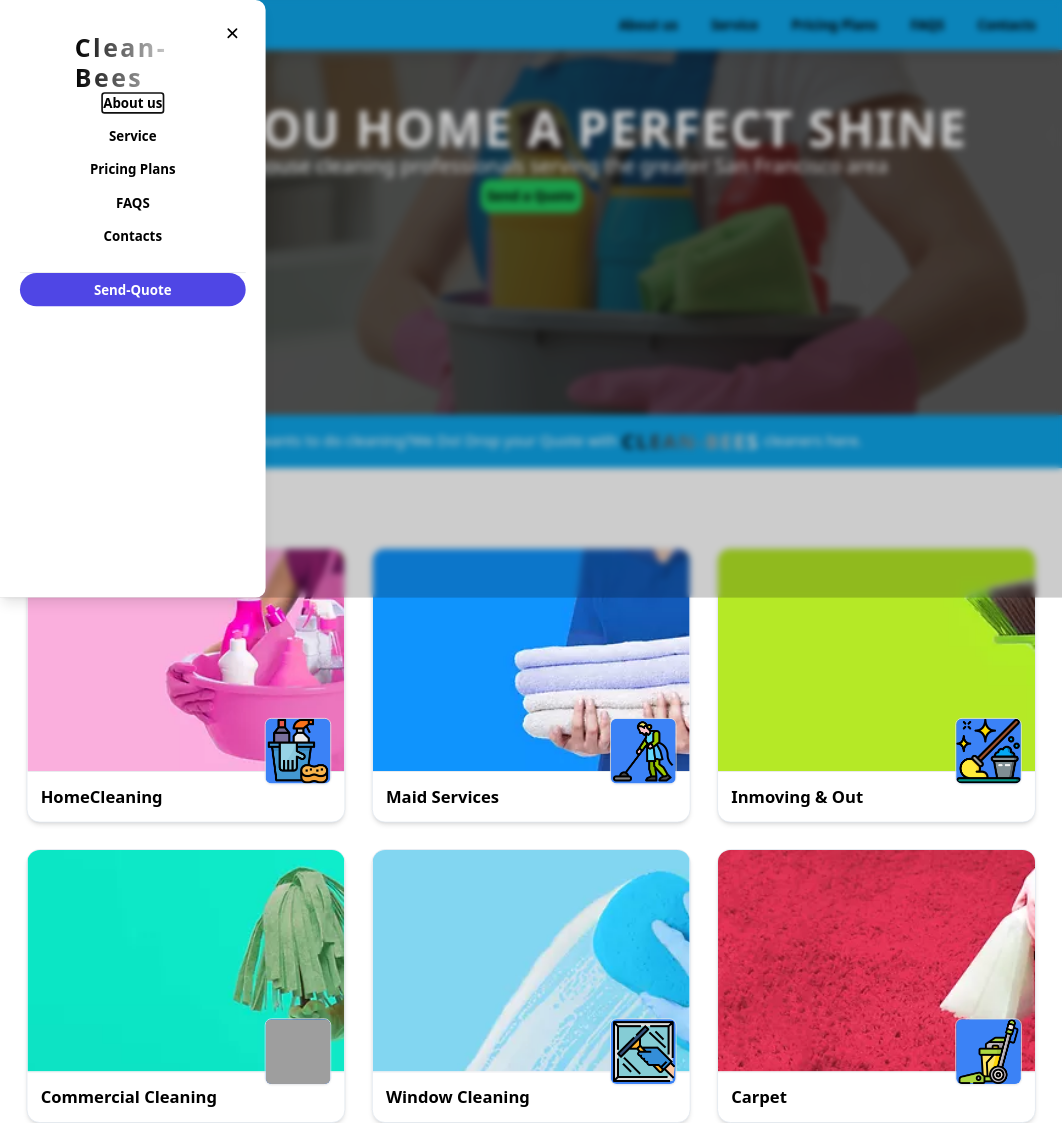
Repository: remydev47/cleanbees
Page: /
The author's editor kept a copy of each file at every save. The page is drawn from the files as they stood at one save, then again after the next save.
The browser window is 1280 px wide. The pictures show the whole page, at 83% of full size.
Pictures or frames that could not be fetched are drawn as grey boxes. The project was rebuilt for these pictures with package versions that can differ from the ones it lists, and the page was loaded fresh each time. The framework's server and built-in components were replaced by stand-ins that run in the browser. Also part of the build but not shown: next.config.js.

Above is the page before, as saved 2022-09-16 14:48:29.

### pages/_app.tsx
import '../styles/globals.css'
import type { AppProps } from 'next/app'
import { Header } from '../components/Header'


function MyApp({ Component, pageProps }: AppProps) {
  return (
    <>
      <Header />
      <Component {...pageProps} />
    </>

    )
}

export default MyApp

### pages/index.tsx
import type { NextPage } from 'next'
import Head from 'next/head'
import Image from 'next/image'
import Hero from '../components/Hero'
import Services from '../components/Services'

const Home: NextPage = () => {
  return (
    <div className="">
      <Head>
        <title>CleanBees</title>
        <link rel="icon" href="/favicon.ico" />
      </Head>
      <Hero />
     <main className='mx-auto max-w-screen-xl px-6 sm:px-8'>
      <div className='mt-16 space-y-20'>
        <Services />

      </div>
     </main>
    </div>
  )
}

export default Home

### components/Header.tsx
import { navLinks } from "../constants"
import { MenuPopOver } from "./MenuPopover"
import Logo from "./Logo"
import Image from "next/image"
import { title } from "process"

export const Header = () => {
    return(
        <>
          <header className={styles.container}>
           <div className='flex grow-0 basis-1/3 md:hidden'>
             <MenuPopOver />
          </div>
          <div className='flex grow-0 basis-1/3 justify-center md:justify-start'>
            <Logo />
           </div>
           <ul className="list-none sm:flex hidden justify-end items-center flex-1">
            {navLinks.map((nav, index) => (
                <li
                key={nav.id}
                className={`font-poppins font-extrabold cursor-pointer text-[16px]
                  ${index === navLinks.length - 1 ? 'mr-0' : 'mr-10'}
                 text-black `}
                >
                    <a>{nav.title}</a>
                </li>
            ))}
           </ul>

          </header>
        </>
    )
}

const styles ={
    container:`sticky bg-[#0ea5e9] inset-x-0 top-0 z-20 flex items-center justify-between py-2 px-2 shadow-lg dark:bg-slate-900 sm:py-3 sm:px-8`
}

### components/Hero.tsx
import React from 'react'
import Image from 'next/image'


const Hero = () => {
  return (
    <>
      <section className='relative h-[640px] w-full  bg-blue-500 sm:h-[55vh] md:h-[440px]'>
        <Image
          src="/img/pixel-cleaner2.jpg"
          layout='fill'
          objectFit='cover'
        />
        <div className="absolute inset-0 bg-neutral-900/70">
        <div className='mx-4 mt-16 flex flex-col items-center text-center '>
                <h1 className={styles.innerbanner}>
                    Give you Home a Perfect Shine
                </h1>
                <span className='text-xl text-white sm:text-2xl'>
                    Reliable house cleaning professionals serving the greater San Francisco area
                </span>
                <button className='bg-green-500 text-black font-semibold p-2 rounded-xl'>
                    Send a Quote
                </button>
              </div>
        </div>
      </section>
      <HeroBottomCard />
    </>
  )
}

function HeroBottomCard() {
    return (
      <div className="bg-[#0ea5e9] p-4">
        <span className="block text-center text-lg text-white">
          Nobody wants to do cleaning?We Do! Drop your  Quote with{" "}
          <span className="bg-gradient-to-r from-black to-[#fff] bg-clip-text align-middle text-2xl font-black tracking-widest text-transparent">
            CLEAN-BEES
          </span>{" "}
          cleaners here.
        </span>
      </div>
    );
  }

export default Hero;
const styles ={

    innerbanner:`text-3xl font-extrabold uppercase tracking-wide text-white sm:text-4xl md:text-5xl lg:text-6xl`,
}

### components/Services.tsx
import React from 'react';
import Image from 'next/image'
import Link from 'next/link';

const serviceItems =[
    {
        name:"HomeCleaning",
        description:"",
        image:'/img/cleaning3.webp',
        logo:"/img/homecleaning.png"
    },
    {
        name:"Maid Services",
        description:"",
        image:'/img/maid2.webp',
        logo:"/img/maid.png"
    },
    {
        name:"Inmoving & Out",
        description:"",
        image:'/img/moving.webp',
        logo:"/img/inmoving.png"
    },
    {
        name:"Commercial Cleaning",
        description:"",
        image:'/img/cleaning5.webp',
        logo:"/img/officecleaning.png"
    },
    {
        name:"Window Cleaning",
        description:"",
        image:'/img/cleaning4.webp',
        logo:"/img/window.png"
    },
    {
        name:"Carpet",
        description:"",
        image:'/img/carpet2.webp',
        logo:"/img/carpet.png"
    },
]

const Services = () => {
  return (
    <section id='service-items'>
        <div>
            <h2 className="text-2xl font-semibold"> Our Services </h2>
        </div>

        <div id="top-companies__items" className="grid grid-cols-1 gap-8 sm:grid-cols-2 lg:grid-cols-3">
              {serviceItems.map((item, i) => (
                 <Link href="/#" key={i}>
                  <a className="group block overflow-hidden rounded-2xl border border-slate-200 bg-white shadow-md transition-all duration-150 hover:-translate-y-1 hover:shadow-lg dark:border-slate-800 dark:bg-slate-700">
                    <div className="relative block overflow-hidden  pt-[70%]">
                     <Image
                       src={item.image}
                       alt={item.name}
                       layout="fill"
                       objectFit="cover"
                       className="transition-all duration-200 group-hover:scale-[102%]"
                      />
                    </div>
                    <div className="relative flex flex-col border-t p-4 dark:border-slate-600">
                <span className="absolute right-4 -top-[65px] block h-[80px] w-[80px] overflow-hidden rounded-lg border shadow-sm dark:border-slate-600">
                  <div className="relative block overflow-hidden  bg-blue-500 pt-[100%]">
                    <Image
                      src={item.logo}
                      alt={item.name}
                      layout="fill"
                      objectFit="cover"
                    />
                  </div>
                </span>

                <h5 className="block truncate text-xl font-semibold capitalize">
                  {item.name}
                </h5>
                <span className="block truncate text-slate-500 dark:text-slate-400">
                  {item.description}
                </span>
              </div>
                 </a>
                 </Link>
              ))}
            </div>

    </section>
  )
}

export default Services

### constants/index.ts

export const navLinks =[
    {
     id:"aboutus",
     title:"About us"
    },
    {
        id:"services",
        title:"Service"
    },
    {
        id:"pricingplans",
        title:"Pricing Plans"
    },
    {
        id:"faqs",
        title:"FAQS"
    },
    {
        id:"contacts",
        title:"Contacts"
    },
]

### components/MenuPopover.tsx
import React, { useState, Fragment } from 'react'
import { IconButton } from './Button'
import { Transition, Dialog }  from '@headlessui/react';
import Link from 'next/link';
import Logo from './Logo';
import { Button } from './Button';
//import { ThemeSelect } from './ThemeToogle';
import { navLinks } from '../constants';

export const MenuPopOver = () => {
    const [isOpen, setIsOpen] = useState(true)

    return(
      <div>
        <IconButton
          variant='ghost'
          aria-label='menu'
          onClick={() => setIsOpen(!isOpen)}
        >
          <svg className='h-6 w-6 ' fill='none' stroke='currentColor'>
            <path
              strokeLinecap='round'
              strokeLinejoin='round'
              strokeWidth={2}
              d='M4 6h16M4 12h16M4 18h16'
            />
          </svg>
        </IconButton>
        <Transition
          show={isOpen}
          appear
          as={Fragment}
          enter='transform transition ease-in-out duration-300'
          enterFrom='-translate-x-full'
          enterTo='translate-x-0'
          leave='transform transition ease-in-out duration-300 delay-200'
          leaveFrom='translate-x-0'
          leaveTo='-translate-x-full'
        >
         <Dialog
           as='div'
           className={`fixed inset-0 z-50`}
           onClose={setIsOpen}
           open={isOpen}
           >
           <Transition.Child
             as={Fragment}
             enter='ease-out duration-300 delay-300'
             enterFrom='opacity-0'
             enterTo='opacity-100'
             leave='ease-in duration-200'
             leaveFrom='opacity-100'
             leaveTo='opacity-0'
           >

            <Dialog.Overlay
              className={`fixed inset-0 bg-black/20 backdrop-blur-sm dark:bg-gray-900/80`}
             />
          </Transition.Child>
           <div className={styles.dialogcontainer}>
            <a className='mx-auto mt-4 flex w-[140px] '>
              <Logo />
            </a>
            <ul
                className={styles.navWrapper2}
             >
                {navLinks.map((nav, index) => (
                    <li
                     key={nav.id}
                     className={`font-poppins font-bold cursor-pointer text-[16px]
                      ${index === navLinks.length - 1 ? 'mr-0' : 'mb-4'}
                      text-black `}
                    >
                     <a href={`#${nav.id}`}>
                        {nav.title}
                     </a>
                    </li>
                 ))}
             </ul>
            {/* <div className='mt-0 border-t border-gray-200 pt-6 dark:border-gray-200/10'>

            </div> */}
            <ul className='mt-8 space-y-3 border-t border-gray-200 dark:border-gray-200/10'>
              <li>
               <Button fullWidth>
                   Send-Quote
               </Button>
              </li>

            </ul>
            <IconButton
              variant='ghost'
              aria-label='close menu'
              className='absolute top-5 right-5'
              onClick={() => setIsOpen(false)}
            >
              <svg
                viewBox='0 0 10 10'
                className='h-2.5 w-2.5 overflow-visible'
                aria-hidden='true'
              >
                <path
                    d='M0 0L10 10M10 0L0 10'
                    fill='none'
                    stroke='currentColor'
                    strokeWidth='2'
                    strokeLinecap='round'
                  />
              </svg>
            </IconButton>
           </div>
         </Dialog>
        </Transition>
      </div>
    )
  }

const styles ={
    dialogcontainer:`fixed top-0 bottom-0 left-0 w-full max-w-xs rounded-r-xl bg-white p-6 shadow-lg dark:bg-gray-800`,
    menuitems:`group relative flex h-9 items-center oveflow-hidden rounded-md hover:bg-slate-200/50`,
    navWrapper2:`list-none flex flex-col justify-end items-center flex-1`,
}

### components/Logo.tsx
import React from 'react';


const Logo  = () => {
  return (
    <span className={`bg-gradient-to-r from-black to-[#fff] bg-clip-text align-middle text-3xl font-black tracking-widest text-transparent hover:text-green-400`}>
        Clean-Bees
    </span>
  )
}

export default Logo;

### components/Button/index.tsx
import React, { forwardRef } from 'react';
//import { __DEV__ } from '../../utils/assertions'

type BaseButtonProps = Omit<React.HTMLProps<HTMLButtonElement>, "size">;

/* === Button Element === */

export interface ButtonProps extends BaseButtonProps {
  children: React.ReactNode;
  fullWidth?: boolean;
  className?: string;
  variant?: "solid" | "outline" | "ghost";
  size?: "sm" | "md" | "lg";
  as?: string;
  isExternal?: boolean;
  type?: "button" | "submit" | "reset";
}

export const Button = forwardRef<HTMLButtonElement, ButtonProps>(
  (
    {
      children,
      variant = "solid",
      size = "md",
      fullWidth = false,
      className,
      as = "button",
      isExternal = false,
      ...rest
    },
    ref
  ) => {
    let tempClassNames: string[] = [];

    const sharedClasses = [
      "capitalize",
      "focus:outline-none",
      "focus:ring-2",
      "focus:ring-indigo-400",
      "focus:ring-offset-2",
      "focus:ring-offset-indigo-50",
      "font-semibold",
      "rounded-full",
      "inline-flex",
      "flex-shrink-0",
      "items-center",
      "justify-center",
      "transition-colors",
      "ease-in-out",
      "duration-500",
    ];

    if (fullWidth) sharedClasses.push("w-full");

    // handle variants
    let btnSolid = ["bg-indigo-600", "hover:bg-indigo-700", "text-white"];
    let btnOutline = [
      "dark:text-white",
      "hover:text-yellow-700",
      "hover:dark:text-yellow-800",
      "bg-transparent",
      "hover:bg-indigo-50",
      "border",
      "border-indigo-600",
    ];
    let btnGhost = [
      "bg-transparent",
      "dark:text-white",
      "hover:bg-indigo-50",
      "hover:text-indigo-700",
      "hover:dark:text-indigo-700",
    ];

    if (variant === "solid") {
      tempClassNames = [...sharedClasses, ...btnSolid];
    } else if (variant === "outline") {
      tempClassNames = [...sharedClasses, ...btnOutline];
    } else if (variant === "ghost") {
      tempClassNames = [...sharedClasses, ...btnGhost];
    }

    // handle sizes
    let sizeSm = ["h-8", "px-2", "text-sm"];
    let sizeMd = ["h-10", "px-3"];
    let sizeLg = ["h-12", "px-4", "text-lg"];

    if (size === "sm") {
      tempClassNames = [...tempClassNames, ...sizeSm];
    } else if (size === "md") {
      tempClassNames = [...tempClassNames, ...sizeMd];
    } else if (size === "lg") {
      tempClassNames = [...tempClassNames, ...sizeLg];
    }

    let classes = tempClassNames.join(" ");

    let Element = as ? (
      React.createElement(
        as,
        {
          className: `${classes} ${className}`,
          target: isExternal ? "_blank" : undefined,
          rel: isExternal ? "noopener noreferrer" : undefined,
          ref,
          ...rest,
        },
        children
      )
    ) : (
      <button {...rest} className={`${classes} ${className}`} ref={ref}>
        {children}
      </button>
    );

    return Element;
  }
);

// if (__DEV__) {
//   Button.displayName = "Button";
// }

/* === IconButton Element === */

export interface IconButtonProps extends ButtonProps {
  icon?: React.ReactElement;
  "aria-label": string;
}

export const IconButton = forwardRef<HTMLButtonElement, IconButtonProps>(
  (
    {
      children,
      icon,
      className,
      "aria-label": ariaLabel,
      size = "md",
      ...rest
    },
    ref
  ) => {
    let sharedClasses = ["rounded-full", "!px-0"];

    // handle sizes
    let sizeSm = ["w-8"];
    let sizeMd = ["w-10"];
    let sizeLg = ["w-12"];

    if (size === "sm") {
      sharedClasses = [...sharedClasses, ...sizeSm];
    } else if (size === "md") {
      sharedClasses = [...sharedClasses, ...sizeMd];
    } else if (size === "lg") {
      sharedClasses = [...sharedClasses, ...sizeLg];
    }

    /**
     * Passing the icon as prop or children should work
     */
    const element = icon || children;
    const _children = React.isValidElement(element)
      ? React.cloneElement(element as any, {
          "aria-hidden": true,
          focusable: false,
        })
      : null;

    let classes = sharedClasses.join(" ");
    return (
      <Button
        className={`${classes} ${className}`}
        aria-label={ariaLabel}
        size={size}
        {...rest}
        ref={ref}
      >
        {_children}
      </Button>
    );
  }
);

// if (__DEV__) {
//   IconButton.displayName = "IconButton";
// }

Loaded but not shown: styles/globals.css (common file); tailwind.config.js (common file)

After the next save:
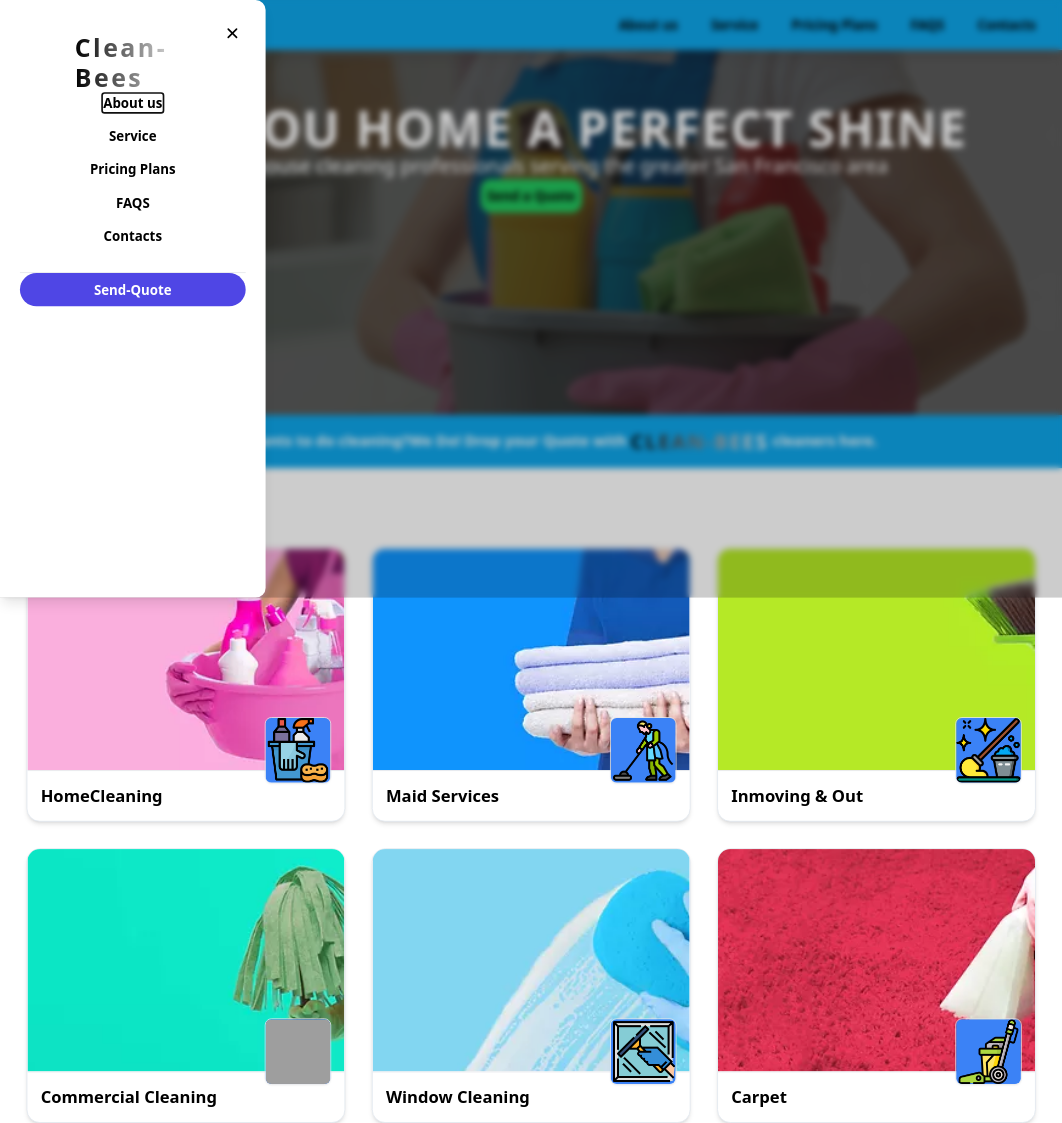
Saved 25 s later.
--- a/components/Hero.tsx
+++ b/components/Hero.tsx
@@ -33,7 +33,7 @@ const Hero = () => {
 function HeroBottomCard() {
     return (
       <div className="bg-[#0ea5e9] p-4">
-        <span className="block text-center text-lg text-white">
+        <span className="block text-center text-lg text-white font-semibold">
           Nobody wants to do cleaning?We Do! Drop your  Quote with{" "}
           <span className="bg-gradient-to-r from-black to-[#fff] bg-clip-text align-middle text-2xl font-black tracking-widest text-transparent">
             CLEAN-BEES
